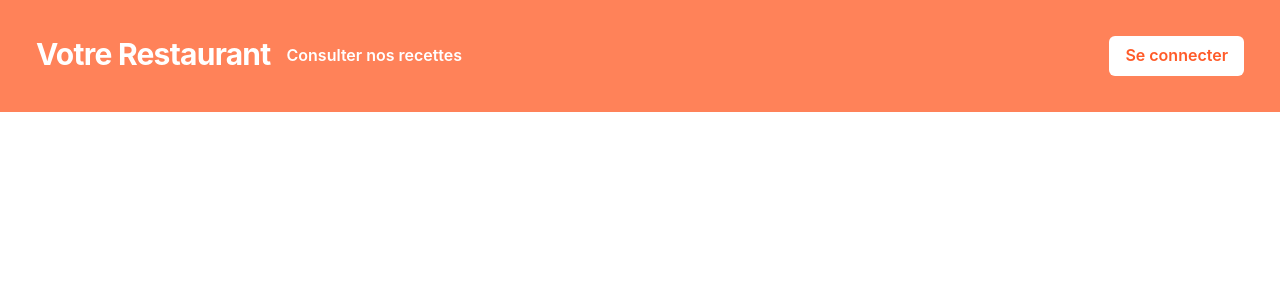
Repository: Ecaron76/tp-restau-next
Page: /
An editor plug-in stored every save of this project. The page is shown before and after the next save, followed by the edit.
The browser window is 1280 px wide. The pictures show the whole page.
The project was rebuilt for these pictures with package versions that can differ from the ones it lists, and the page was loaded fresh each time. The framework's server and built-in components were replaced by stand-ins that run in the browser. Also part of the build but not shown: next.config.mjs.

Above is the page before, as saved 2024-02-25 18:10:59.

### src/app/layout.tsx
'use client'

import { Inter } from "next/font/google";
import "./globals.css";
import { ChakraProvider, extendTheme  } from '@chakra-ui/react'
import Header from "@/components/Header/Header";
const theme = extendTheme({
  colors: {
    brand: {
      50: '#ffeee6',
      100: '#ffc7b7',
      200: '#ffa788',
      300: '#ff8259',
      400: '#ff5b29',
      500: '#ff3300',
      600: '#cc2900',
      700: '#991f00',
      800: '#661600',
      900: '#330c00',
    },
  },
});



export function Providers({ children }: { children: React.ReactNode }) {
  return <ChakraProvider theme={theme}>{children}</ChakraProvider>
}

export default function RootLayout({
  children,
}: Readonly<{
  children: React.ReactNode;
}>) {
  return (
    <html lang="en">
      <body>
        <Providers>{children}</Providers>
      </body>
    </html>
  );
}

### src/app/page.tsx
import Image from "next/image";

import Header from "@/components/Header/Header";

export default function Home() {
  return (
    <main >
      <Header />
    </main>
  );
}

### src/app/globals.css
:root {
  --max-width: 1100px;
  --border-radius: 12px;
  --font-mono: ui-monospace, Menlo, Monaco, "Cascadia Mono", "Segoe UI Mono",
    "Roboto Mono", "Oxygen Mono", "Ubuntu Monospace", "Source Code Pro",
    "Fira Mono", "Droid Sans Mono", "Courier New", monospace;

  --foreground-rgb: 0, 0, 0;
  --background-start-rgb: 214, 219, 220;
  --background-end-rgb: 255, 255, 255;

  --primary-glow: conic-gradient(
    from 180deg at 50% 50%,
    #16abff33 0deg,
    #0885ff33 55deg,
    #54d6ff33 120deg,
    #0071ff33 160deg,
    transparent 360deg
  );
  --secondary-glow: radial-gradient(
    rgba(255, 255, 255, 1),
    rgba(255, 255, 255, 0)
  );

  --tile-start-rgb: 239, 245, 249;
  --tile-end-rgb: 228, 232, 233;
  --tile-border: conic-gradient(
    #00000080,
    #00000040,
    #00000030,
    #00000020,
    #00000010,
    #00000010,
    #00000080
  );

  --callout-rgb: 238, 240, 241;
  --callout-border-rgb: 172, 175, 176;
  --card-rgb: 180, 185, 188;
  --card-border-rgb: 131, 134, 135;
}

@media (prefers-color-scheme: dark) {
  :root {
    --foreground-rgb: 255, 255, 255;
    --background-start-rgb: 0, 0, 0;
    --background-end-rgb: 0, 0, 0;

    --primary-glow: radial-gradient(rgba(1, 65, 255, 0.4), rgba(1, 65, 255, 0));
    --secondary-glow: linear-gradient(
      to bottom right,
      rgba(1, 65, 255, 0),
      rgba(1, 65, 255, 0),
      rgba(1, 65, 255, 0.3)
    );

    --tile-start-rgb: 2, 13, 46;
    --tile-end-rgb: 2, 5, 19;
    --tile-border: conic-gradient(
      #ffffff80,
      #ffffff40,
      #ffffff30,
      #ffffff20,
      #ffffff10,
      #ffffff10,
      #ffffff80
    );

    --callout-rgb: 20, 20, 20;
    --callout-border-rgb: 108, 108, 108;
    --card-rgb: 100, 100, 100;
    --card-border-rgb: 200, 200, 200;
  }
}

* {
  box-sizing: border-box;
  padding: 0;
  margin: 0;
}

html,
body {

  overflow-x: hidden;
}

body {
  color: rgb(var(--foreground-rgb));
  background: linear-gradient(
      to bottom,
      transparent,
      rgb(var(--background-end-rgb))
    )
    rgb(var(--background-start-rgb));
}

a {
  color: inherit;
  text-decoration: none;
}

@media (prefers-color-scheme: dark) {
  html {
    color-scheme: dark;
  }
}

### src/components/Header/Header.tsx
import { Box, Flex, Heading, Spacer, Button } from '@chakra-ui/react';
import NextLink from 'next/link'; // Pour gérer la navigation entre les pages

const Header = () => {
  return (
    <Box bg="brand.300" p={4} color="white">
      <Flex alignItems="center" maxW="100%" margin={'20px'} justifyContent='space-between'>
        {/* Logo ou Nom du restaurant */}
        <Box display={'flex'}>
        <Heading as="h1" size="lg" letterSpacing="tight">
          <NextLink href="/" passHref>
              Votre Restaurant
          </NextLink>
        </Heading>
        <Box>
          <NextLink href="/recettes" passHref>
            <Button  variant="ghost" color={'white'}>
              Consulter nos recettes
            </Button>
          </NextLink>
        </Box>
        </Box>
        <Box>
          <NextLink href="/login" passHref>
            <Button  variant="ghost" color={'brand.400'} bg={'white'}>
              Se connecter
            </Button>
          </NextLink>
        </Box>
      </Flex>
    </Box>
  );
};

export default Header;

After the next save:
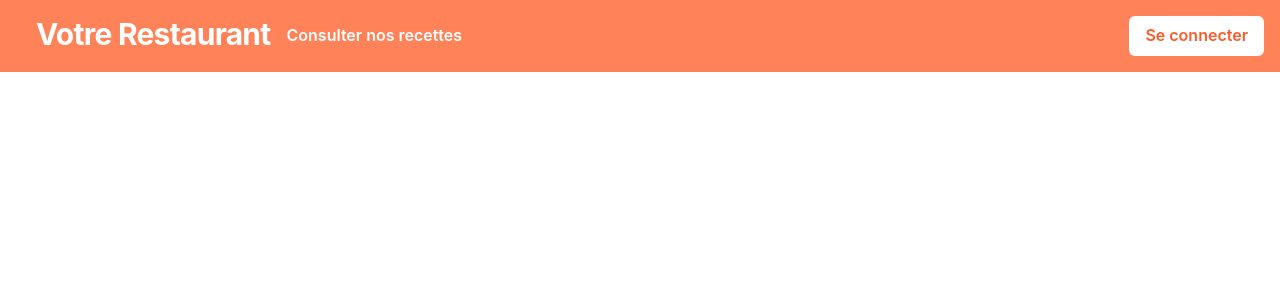
Saved 24 s later.
--- a/src/components/Header/Header.tsx
+++ b/src/components/Header/Header.tsx
@@ -4,7 +4,7 @@ import NextLink from 'next/link'; // Pour gérer la navigation entre les pages
 const Header = () => {
   return (
     <Box bg="brand.300" p={4} color="white">
-      <Flex alignItems="center" maxW="100%" margin={'20px'} justifyContent='space-between'>
+      <Flex alignItems="center" maxW="100%" marginLeft={'20px'} justifyContent='space-between'>
         {/* Logo ou Nom du restaurant */}
         <Box display={'flex'}>
         <Heading as="h1" size="lg" letterSpacing="tight">
